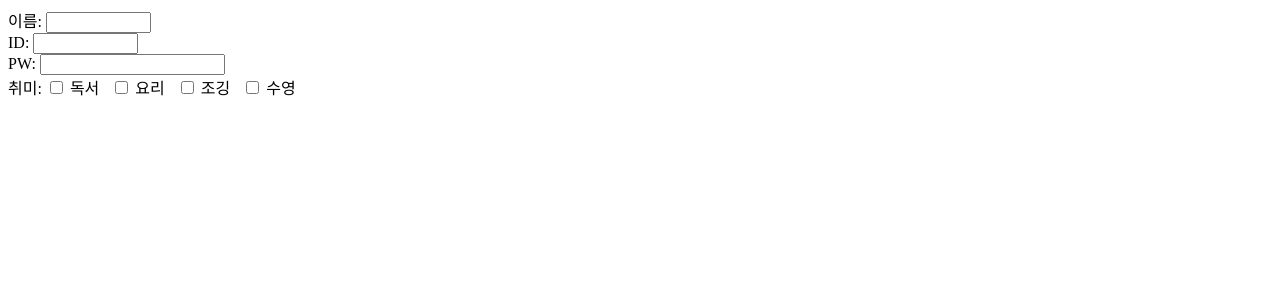
Repository: xxihyun0830/JSP
Page: http://localhost/02_GetPost/ex_join.jsp
The author's editor kept a copy of each file at every save. The page is drawn from the files as they stood at one save, then again after the next save.
The browser window is 1280 px wide. The pictures show the whole page.
The page is served by Tomcat 9.

Above is the page before, as saved 2019-07-14 15:33:49.

After the next save:
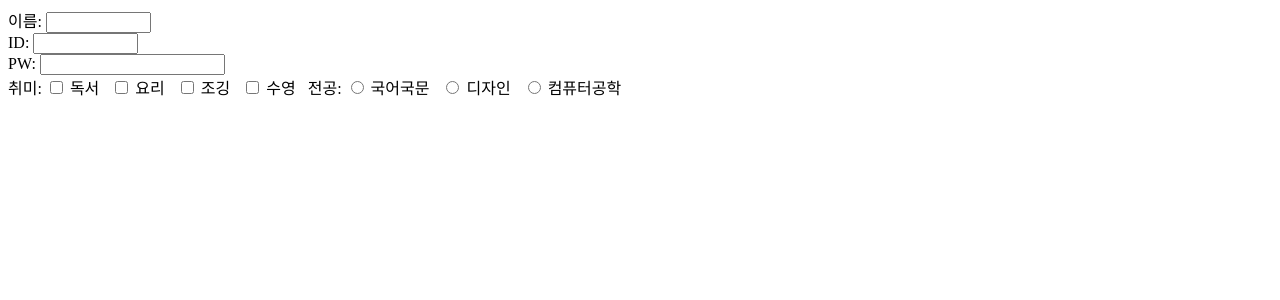
Saved 106 s later.
--- a/02_GetPost/WebContent/ex_join.jsp
+++ b/02_GetPost/WebContent/ex_join.jsp
@@ -16,6 +16,9 @@ PW: <input type = "password" name = "Pw" size = "20"> <br>
      <input type = "checkbox" name = "Hobby" value = "cooking"> 요리 &nbsp;
      <input type = "checkbox" name = "Hobby" value = "조깅하기"> 조깅 &nbsp;
      <input type = "checkbox" name = "Hobby" value = "수영하기"> 수영 &nbsp;
+전공: <input type = "radio" name = "Major" value = "국어국문학과"> 국어국문 &nbsp;
+     <input type = "radio" name = "Major" value = "디자인학과"> 디자인 &nbsp;
+     <input type = "radio" name = "Major" value = "컴퓨터공학과"> 컴퓨터공학 &nbsp;
 
 </form>
 
